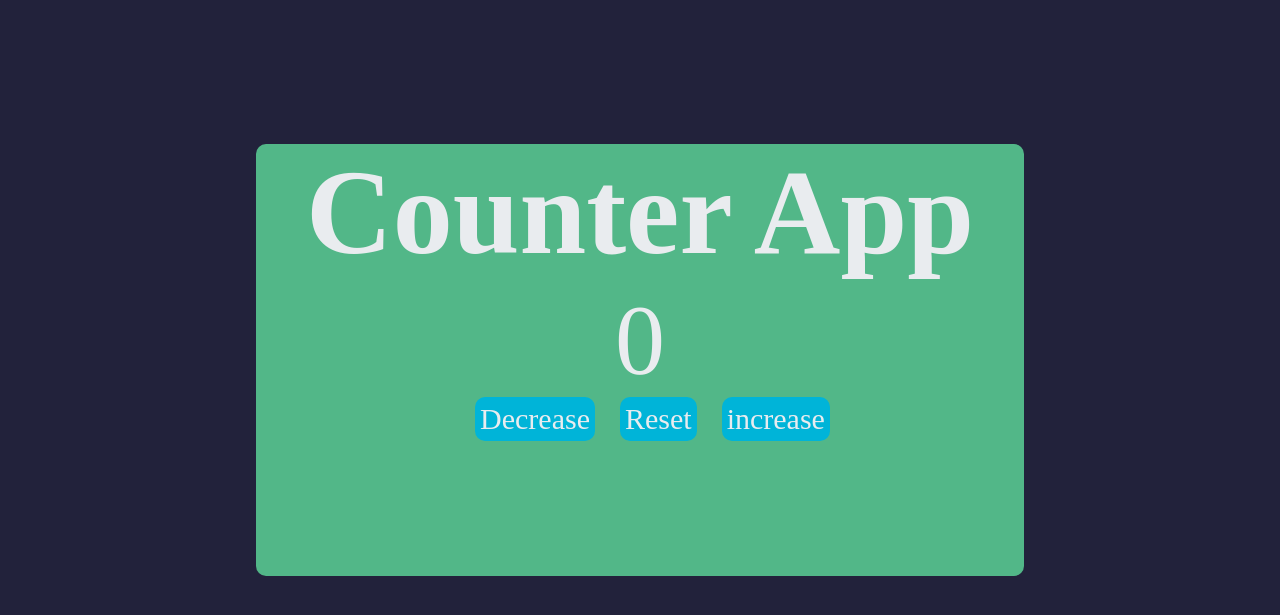
Repository: Yuukicoder/basicProject
Page: project2.html
An editor plug-in stored every save of this project. The page is shown before and after the next save, followed by the edit.
The browser window is 1280 px wide. The pictures show the whole page.
Some web fonts or font styles are not loaded; a fallback is used.

Above is the page before, as saved 2023-02-24 21:59:50.

### project2.html
<!DOCTYPE html>
<html lang="en">
  <head>
    <meta charset="UTF-8" />
    <meta http-equiv="X-UA-Compatible" content="IE=edge" />
    <meta name="viewport" content="width=device-width, initial-scale=1.0" />
    <title>Counter App</title>
    <link
      rel="shortcut icon"
      href="assets/Image/project2.png"
      type="image/x-icon"
    />
    <link rel="stylesheet" href="assets/css/project2.css" />
  </head>
  <body>
    <section class="box">
      <h1>Counter App</h1>
      <p class="counter-preview">0</p>
      <div class="buttons" id="allBtns">
        <button class="decrement" id="decrement">Decrease</button>
        <button class="reset" id="reset">Reset</button>
        <button class="increment" id="increment">increase</button>
      </div>
    </section>
    <script src="assets/js/project2.js"></script>
  </body>
</html>

### assets/css/project2.css
@import url("https://fonts.googleapis.com/css2?family=Arima:wght@100;200;300;400;500;700&display=swap");
* {
  margin: 0;
  padding: 0;
  box-sizing: border-box;
  /* border: 1px solid black; */
}
:root {
  --button: #00b4d8;
  --text: #e9ecef;
}
body {
  background-color: #22223b;
  height: 100vh;
  width: 100vw;
  display: flex;
  align-items: center;
  justify-content: center;
}
.box {
  width: 60%;
  height: 60%;
  background-color: #52b788;
  border-radius: 10px;
}
h1,
p {
  color: var(--text);
  text-shadow: ;
}
h1 {
  font-family: Arima;
  font-size: 120px;
  text-align: center;
}
p {
  display: block;
  font-size: 100px;
  text-align: center;
}
.buttons {
  display: flex;
  align-items: center;
  justify-content: center;
}
button {
  background-color: var(--button);
  color: var(--text);
  font-family: Arima;
  font-size: 30px;
  border: none;
  border-radius: 10px;
  padding: 5px 5px;
  margin-left: 25px;
}

### assets/js/project2.js
const display = document.querySelector('.counter-preview');
const allBtns = document.querySelector('#allBtns');
allBtns.addEventListener('click',counter);
var value = 0;
function counter(x) {
    const btn = x.target.id;
    if(btn === 'increment'){
        value += 1;
    }
    else if(btn === 'decrement'){
        value -= 1;
    }
    else value = 0;
    display.textContent = value;
}

After the next save:
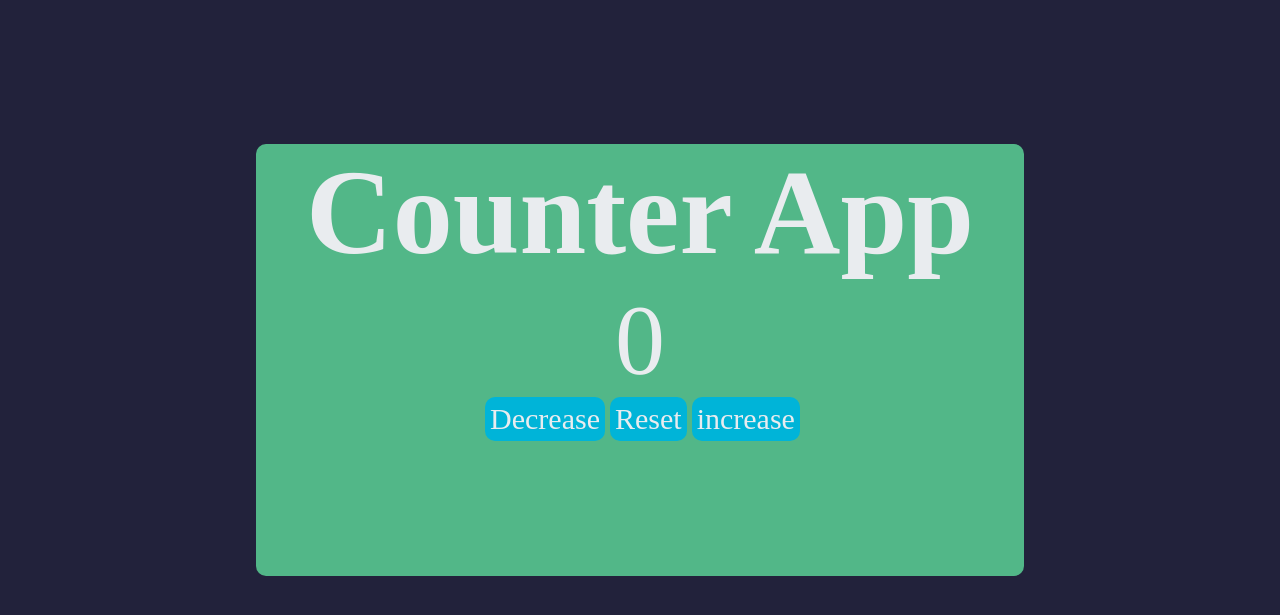
Saved 6 s later.
--- a/assets/css/project2.css
+++ b/assets/css/project2.css
@@ -51,5 +51,5 @@ button {
   border: none;
   border-radius: 10px;
   padding: 5px 5px;
-  margin-left: 25px;
+  margin-left: 5px;
 }
